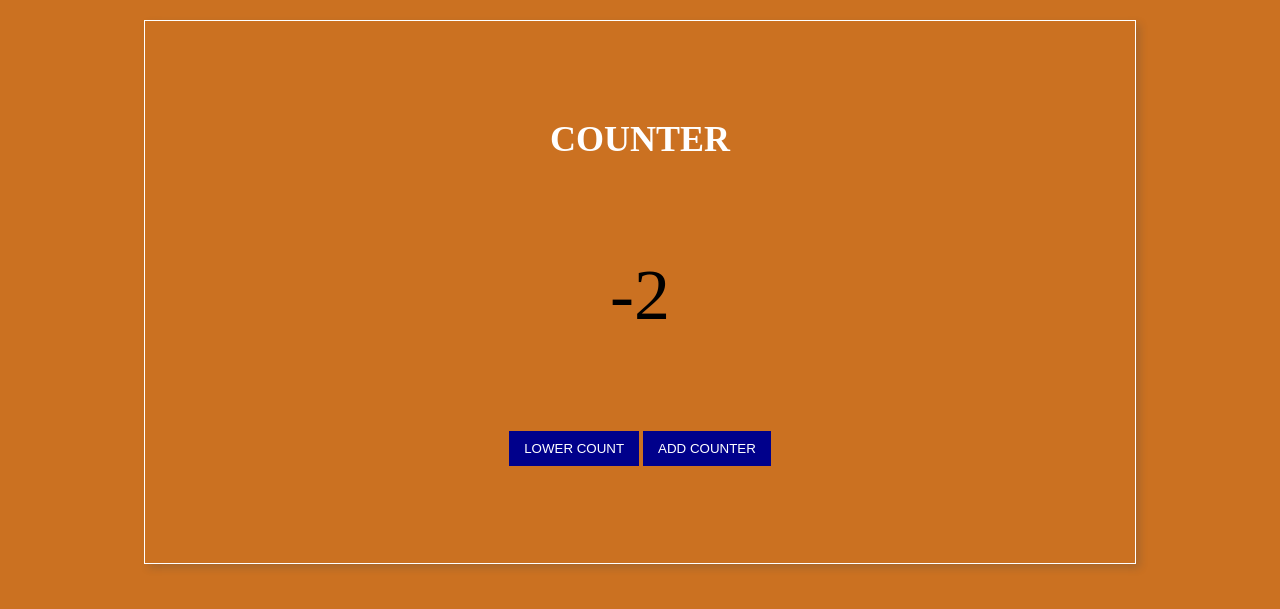
Repository: lusine-tech/counter
Page: index.html
These files come from the project's save history. The page is drawn as it stood at one moment and after a run of saves; the edit follows.
The browser window is 1280 px wide. The pictures show the whole page.
After loading, the first visible `#decrease` was clicked once.

Above is the page before, as saved 2022-02-14 19:15:29.

### index.html
<!DOCTYPE html>
<html lang="en">
<head>
    <meta charset="UTF-8">
    <meta http-equiv="X-UA-Compatible" content="IE=edge">
    <meta name="viewport" content="width=device-width, initial-scale=1.0">
    <link rel="stylesheet" href="style.css">
    <title>counter</title>
</head>
<body>
    <section class="background">
        <div class="block">
            <h3 class="title">Counter</h3>
            <p class="num" id="value">0</p>
    <div class="buttons">
       <button class="btn" id="decrease">lower count</button>
       <button class="btn" id="increase">add Counter</button>
    </div>
    </div>
    </section>
   <script src="/script.js"></script>
</body>
</html>

### style.css
*{
    margin: 0;
    padding: 0;
    box-sizing: border-box;
}

.background {
    height: 100vh;
    width: 100vw;
    background-color: #cb7121;
    display: flex;
   justify-content: center;
   padding: 20px;
}

.block {
    display: flex;
    align-items: center;
    justify-content: space-around;
    flex-direction: column;

    height: 80%;
    width: 80%;
    border: 1px solid #fff;
    padding: 50px 20px;
    -webkit-box-shadow: 4px 4px 8px 0px rgba(34, 60, 80, 0.2);
-moz-box-shadow: 4px 4px 8px 0px rgba(34, 60, 80, 0.2);
box-shadow: 4px 4px 8px 0px rgba(34, 60, 80, 0.2);
}
.title {
    color: #fff;
    font-size: 36px;
    text-transform: uppercase;
}
.num {
    font-size: 72px;
}
.btn {
    padding: 10px 15px;
    color: #fff;
        cursor: pointer;
    transition: 0.5s ease;
    border: none;
    outline: none;
    background-color: #00008B;
    text-transform: uppercase;
}

.btn:hover {
    background-color: #303f9f;
}

### script.js
const decrease = document.querySelector("#decrease");
const increase = document.querySelector("#increase");
const num = document.querySelector("#value");
let integer = 0;
decrease.addEventListener("click", function () {
integer-=1;
num.innerHTML = integer;
});

decrease.addEventListener("click", function () {
  integer -= 1;
  num.innerHTML = integer;
});

After the next 2 saves:
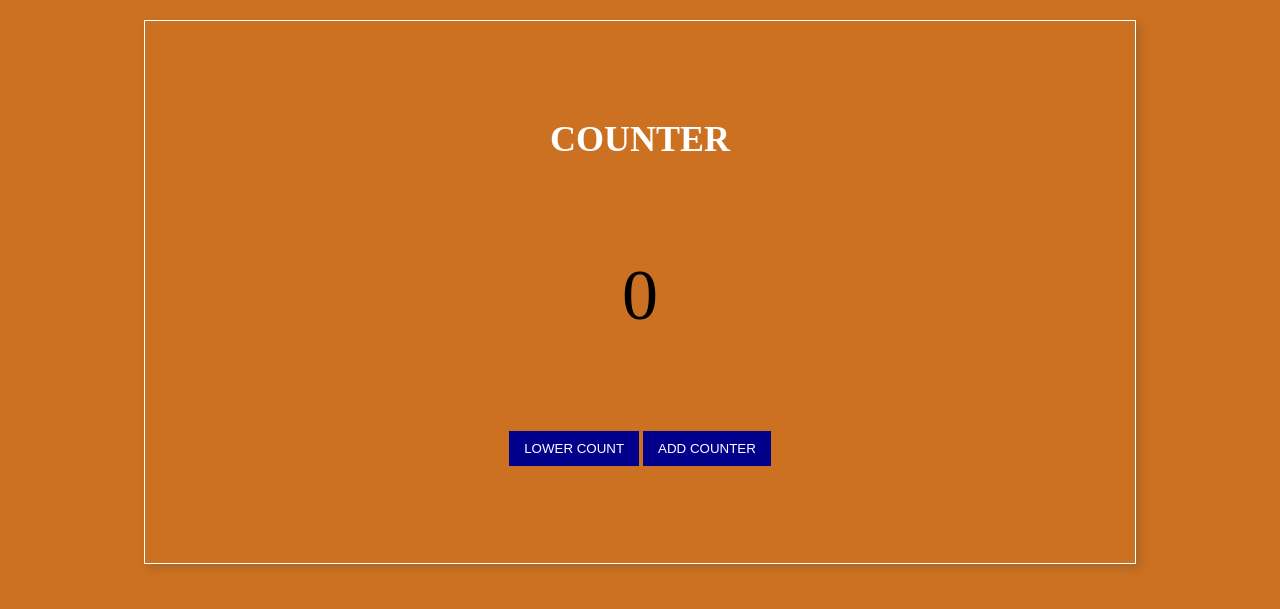
The 2 saves are shown as one change because they came seconds apart.
The last was saved 8 s later.
--- a/script.js
+++ b/script.js
@@ -8,6 +8,6 @@ num.innerHTML = integer;
 });
 
 decrease.addEventListener("click", function () {
-  integer -= 1;
+  integer += 1;
   num.innerHTML = integer;
 });
